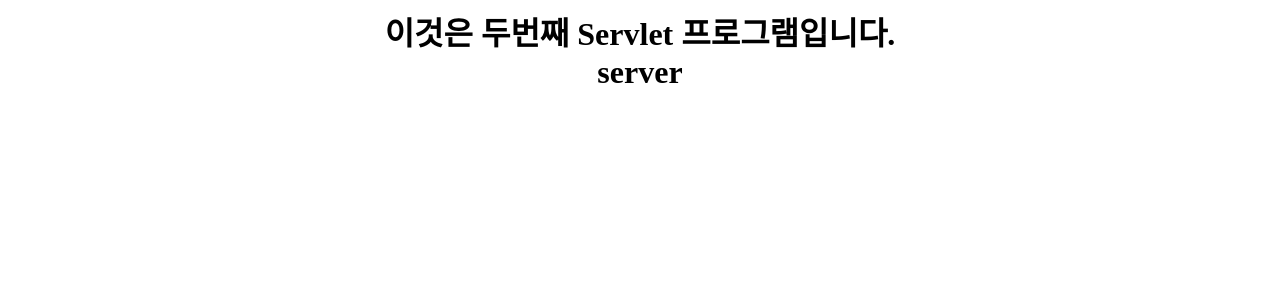
Repository: larlarru/HighJava_study2
Page: http://localhost/servletTest/servletTest02.do
These files come from the project's save history. The page is drawn as it stood at one moment and after the next save; the edit follows.
The browser window is 1280 px wide. The pictures show the whole page.
The page is served by Tomcat 9. Other server files are loaded and not shown.

Above is the page before, as saved 2020-11-25 06:57:11.

### servletTest/src/kr/or/ddit/basic/ServletTest02.java
package kr.or.ddit.basic;

import java.io.IOException;
import java.io.PrintWriter;

import javax.servlet.ServletException;
import javax.servlet.annotation.WebServlet;
import javax.servlet.http.HttpServlet;
import javax.servlet.http.HttpServletRequest;
import javax.servlet.http.HttpServletResponse;

// 자동으로 등록시켜주는거다.

// 이 예제는 애노테이션(@WebServlet)을 이용해서  Servlet을 설정하여 처리하는 예제
// 애노테이션(@WebServlet)은 Servlet버전 3.0 이상에서 사용할 수 있다.

/*
 * @WebServlet애너테이션의 속성들
 * 	1. name : 서블릿의 이름을 설정한다.	(기본값 : 빈문자열(""))
 * 	2. urlPatterns : 서블릿의 URL패턴의 목록을 설정한다.( 기본값 : 빈배열( {} ))
 * 		예) urlPatterns="/url1" 또는 urlPatterns={"/url1"} ==> 패턴이 1개일 경우
 * 		예) urlPatterns={"/url1", "/url2"} ==> 패턴이 2개 이상일 경우
 * 	3. value : urlPatterns와 동일한 기능을 한다.
 * 	4. description : 주석(설명글)을 설정한다.
 *
 */

@WebServlet(description="애노테이션을 이용한 서블릿",
			urlPatterns= {"/servletTest02.do"})
public class ServletTest02 extends HttpServlet{

	private static final long serialVersionUID = 1L;

	@Override
	protected void doGet(HttpServletRequest req, HttpServletResponse resp) throws ServletException, IOException {

		resp.setCharacterEncoding("utf-8");	// 응답 문서의 인코딩 방식 지정
		resp.setContentType("text/html charset=utf-8");	// 응답 문서의 ContentType 지정

		// 처리한 내용을 응답으로 보내기 위해 PrintWriter객체 생성
		PrintWriter out = resp.getWriter();

		// 처리한 내용을 출력한다. ==> 방법2) println()메서드 이용하기
		out.println("<html>");
		out.println("<head>");
		out.println("<meta charset='utf-8'>");
		out.println("<title>두번째 Servlet 연습</title>");
		out.println("</head>");

		out.println("<body>");
		out.println("<h1 style='text-align:center;'>");
		out.println("이것은 두번째 Servlet 프로그램입니다.<br>");
		out.println("server");
		out.println("");
		out.println("");
		out.println("");
		out.println("");
		out.println("");

	}

	@Override
	protected void doPost(HttpServletRequest req, HttpServletResponse resp) throws ServletException, IOException {
		// TODO Auto-generated method stub
		super.doPost(req, resp);
	}



}

After the next save:
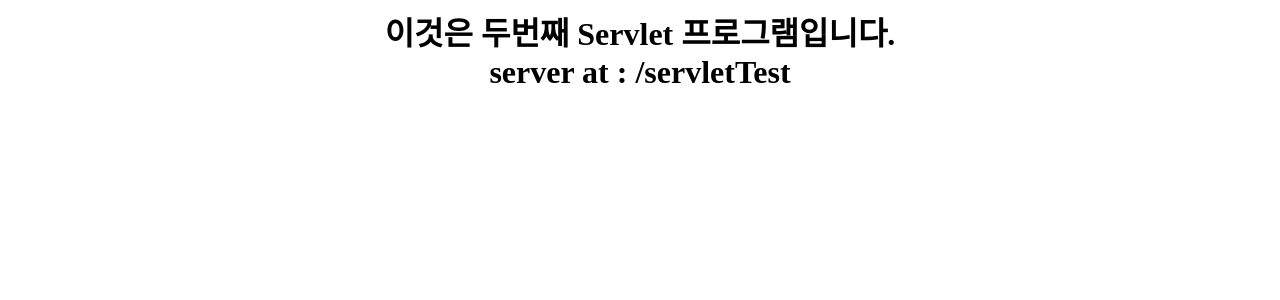
Saved 29 s later.
--- a/servletTest/src/kr/or/ddit/basic/ServletTest02.java
+++ b/servletTest/src/kr/or/ddit/basic/ServletTest02.java
@@ -50,7 +50,7 @@ public class ServletTest02 extends HttpServlet{
 		out.println("<body>");
 		out.println("<h1 style='text-align:center;'>");
 		out.println("이것은 두번째 Servlet 프로그램입니다.<br>");
-		out.println("server");
+		out.println("server at : " + req.getContextPath() + "<br>");
 		out.println("");
 		out.println("");
 		out.println("");
